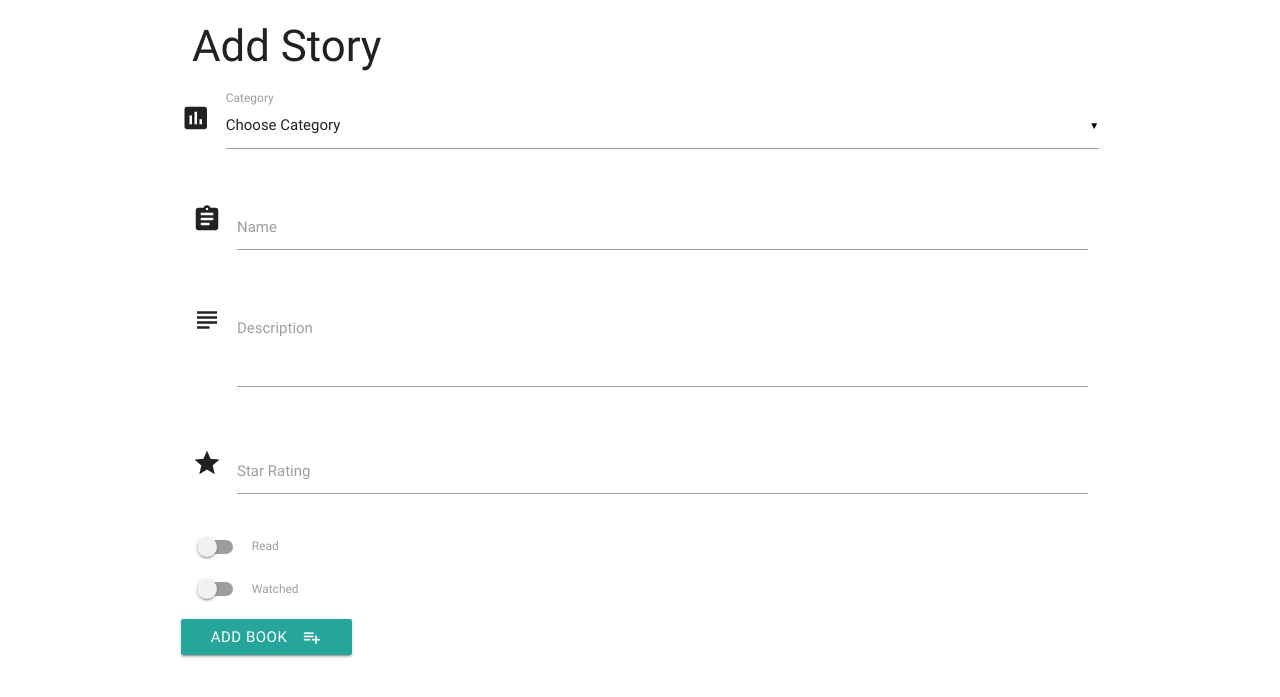
Repository: elizabeth24602/paper-to-screen
Page: http://localhost/add_book
The author's editor kept a record of every edit. The page is drawn from the files as they stood at one moment, then again after the next edit.
The browser window is 1280 px wide. The pictures show the whole page.
Some web libraries are served in a nearby version. The page is served by the project's application, run on Flask 3 (app.py). Queries for data that is not in the repository find no rows.

Above is the page before.

### templates/addbook.html
{% extends 'base.html' %} {% block content %}
<div class="container">
<h3>Add Story</h3>
<div class="row">
    <form action="{{ url_for('insert_book') }}" method="POST"  class="col s12">
        <div class="row">
            <div class="row">
                <div class="input-field col s12">
                    <i class="material-icons prefix">poll</i>
                    <select id="category" name="category_name">
                  <option value="" disabled selected>Choose Category</option>
                  {% for cat in categories %}
                      <option value="{{cat.category_name}}">{{cat.category_name}}</option>
                  {% endfor %}
                </select>
                    <label>Category</label>
                </div>
            </div>
            <div class="input-field col s12">
                <i class="material-icons prefix">assignment</i>
                <input id="task_name" name="task_name" type="text">
                <label for="icon_prefix">Name</label>
            </div>
        </div>
        <div class="row">
            <div class="input-field col s12">
                <i class="material-icons prefix">subject</i>
                <textarea name="task_description" id="task_description" class="materialize-textarea"></textarea>
                <label for="icon_telephone">Description</label>
            </div>
        </div>
        <div class="row">
            <div class="input-field col s12">
                <i class="material-icons prefix">star</i>
                <input id="star_rating" name="star_rating" type="text" class="star">
                <label for="icon_prefix">Star Rating</label>
            </div>
        </div>
        <div class="row">
            <div class="switch">
                <label>
                  <input id="is_urgent" name="is_urgent" type="checkbox">
                  <span class="lever"></span>
                  Read
                </label>
            </div>
        </div>
                <div class="row">
            <div class="switch">
                <label>
                  <input id="is_urgent" name="is_urgent" type="checkbox">
                  <span class="lever"></span>
                  Watched
                </label>
            </div>
        </div>
        <div class="row">
            <button class="btn waves-effect waves-light" type="submit" name="action">Add Book
                <i class="material-icons right">playlist_add</i>
             </button>
        </div>
    </form>
</div>
</div>

{% endblock %}

### templates/base.html
<!DOCTYPE html>
<html>

<head>
    <link href="https://fonts.googleapis.com/icon?family=Material+Icons" rel="stylesheet">
    <link rel="stylesheet" href="https://cdnjs.cloudflare.com/ajax/libs/materialize/0.100.2/css/materialize.min.css">
</head>

<body>
    {% block content %}
    {% endblock %}

    <script src="https://cdnjs.cloudflare.com/ajax/libs/jquery/3.2.1/jquery.min.js"></script>
    <script src="https://cdnjs.cloudflare.com/ajax/libs/materialize/0.100.2/js/materialize.min.js"></script>
    <script type="text/javascript">
        $(document).ready(function() {
            $('.collapsible').collapsible();
            $('select').material_select();
        })
    </script>
</body>

</html>

### app.py
from os import path
if path.exists("env.py"):
    import env


import os
from flask import Flask, render_template, redirect, request, url_for
from flask_pymongo import PyMongo
from bson.objectid import ObjectId
from bson.objectid import ObjectId

app = Flask(__name__)
app.config["MONGO_DBNAME"] = 'book_manager'
app.config["MONGO_URI"] = ('mongodb+srv://Elizabeth24602:Gavroche24602@myfirstcluster-xtdqk.mongodb.net/book_manager?retryWrites=true&w=majority')

mongo = PyMongo(app)

@app.route('/')
@app.route('/index1')
def index():
    return render_template("index1.html")

@app.route('/about1')
def about():
    return render_template("about1.html")

@app.route('/choices1')
def choices():
    return render_template("choices1.html")

@app.route('/forum1')
def get_book():
    return render_template("forum1.html", book=mongo.db.book.find())

@app.route('/add_book')
def add_book():
    return render_template('addbook.html',
                            categories=mongo.db.categories.find())

@app.route('/insert_book', methods=['POST'])
def insert_book():
    tasks = mongo.db.book
    tasks.insert_one(request.form.to_dict())
    return redirect(url_for('get_book'))

@app.route('/edit_task/<task_id>')
def edit_task(task_id):
    the_task =  mongo.db.tasks.find_one({"_id": ObjectId(task_id)})
    all_categories =  mongo.db.categories.find()
    return render_template('edittask.html', task=the_task,
                           categories=all_categories)


if __name__ == '__main__':
    app.run(host=os.environ.get('IP'),
            port=int(os.environ.get('PORT')),
            debug=True)

After the next edit:
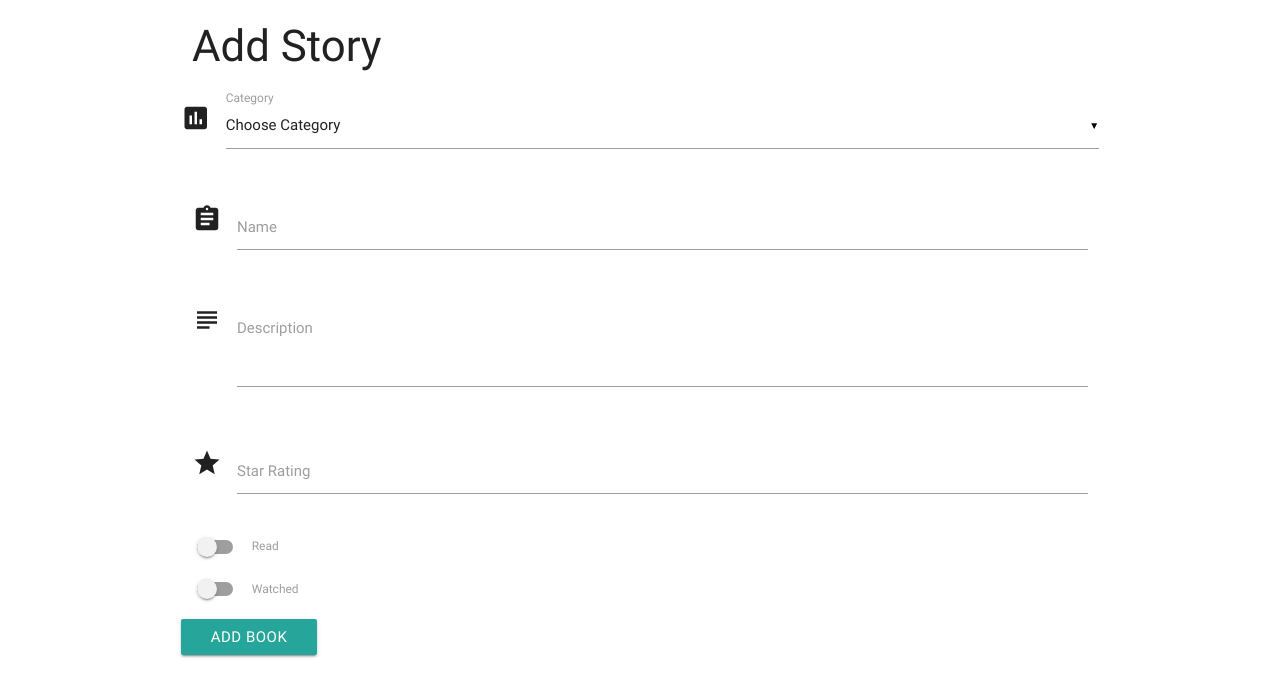
The edit:
--- a/templates/addbook.html
+++ b/templates/addbook.html
@@ -56,7 +56,6 @@
         </div>
         <div class="row">
             <button class="btn waves-effect waves-light" type="submit" name="action">Add Book
-                <i class="material-icons right">playlist_add</i>
              </button>
         </div>
     </form>
